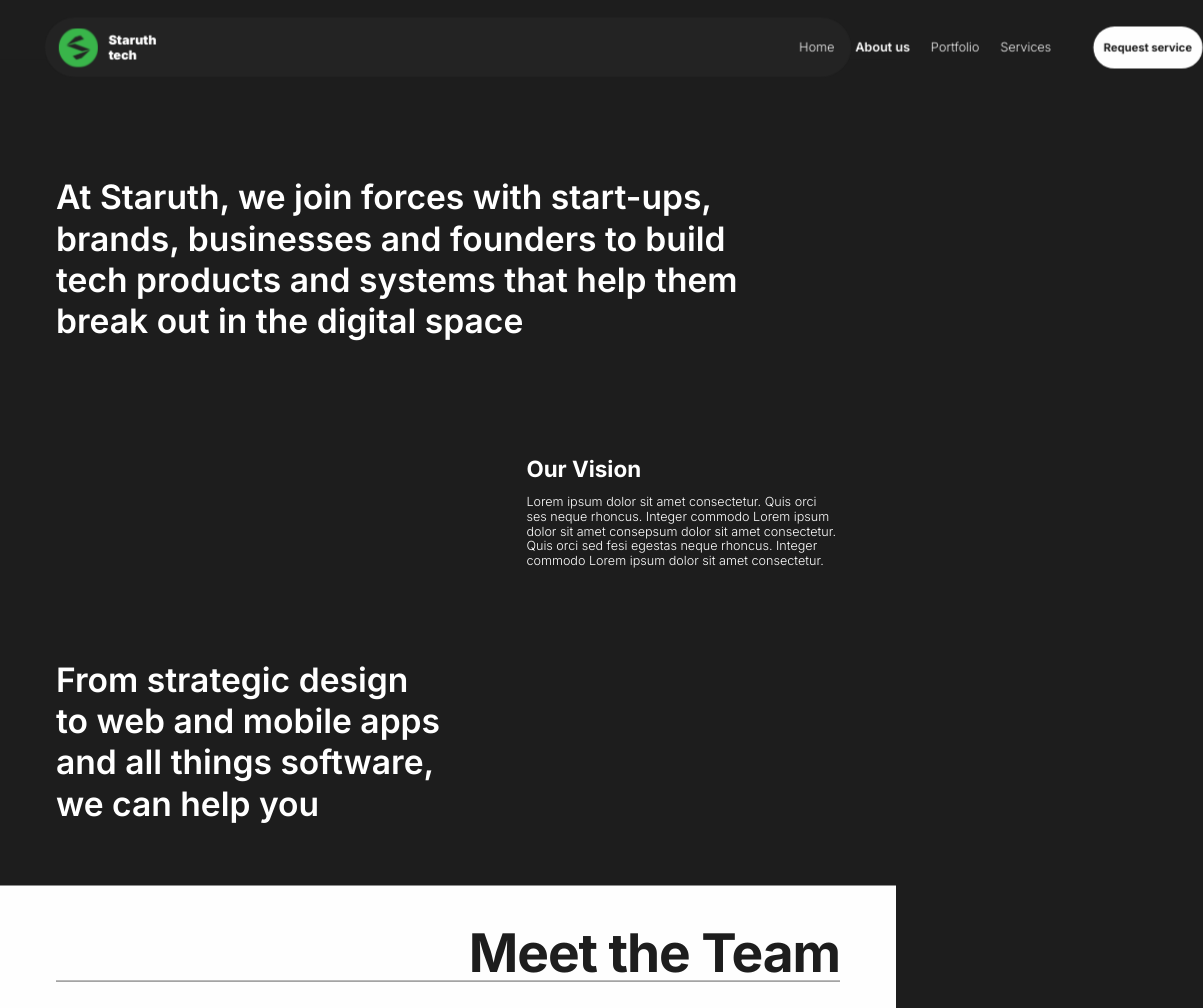
Repository: staruth0/staruth-website
Page: /about (app in frontend/)
The author's editor kept a copy of each file at every save. The page is drawn from the files as they stood at one save, then again after a run of saves.
The browser window is 1280 px wide. The page is 1718 px wide, then 1280 px, so the pictures cover 1718 px, including what lies to the right of the window. The pictures show the part of the page from y = 0 to 1440 px (the page is 4016 px tall before and 6176 px after), at 70% of full size.
The project was rebuilt for these pictures with package versions that can differ from the ones it lists, and the page was loaded fresh each time. Also part of the build but not shown: frontend/vite.config.js, frontend/src/commons/button.css, frontend/src/commons/Button.jsx, frontend/src/pages/home/components/hero_section/hero.jsx, frontend/src/pages/home/components/about_section/about.jsx, frontend/src/pages/home/components/what_we_do/HomeServiceCard.jsx, frontend/src/pages/home/components/what_we_do/what.jsx, frontend/src/pages/home/components/slidable_section/Slide.jsx and 24 more.

Above is the page before, as saved 2024-09-23 22:11:18.

### frontend/src/App.jsx
import {
  createBrowserRouter,
  createRoutesFromElements,
  Route,
  RouterProvider,
} from 'react-router-dom';

//Pages
import HomePage from './pages/home';
import AboutPage from './pages/about';
import ServicesPage from './pages/services';
import ContactPage from './pages/contact_us/contact';
import TeamPage from './pages/teamOnClick';
import PortfolioPage from './pages/portfolio';

//Stylesheet
import './App.css';
import RootLayout from './layout/RootLayout';

function App() {
  const router = createBrowserRouter(
    createRoutesFromElements(
      <>
        <Route path="/" element={<RootLayout />}>
          <Route te index element={<HomePage />} />
          <Route path="about" element={<AboutPage />} />
          <Route path="about/team/:id" element={<TeamPage />} />
          <Route path="contact" element={<ContactPage />} />
          <Route path="portfolio" element={<PortfolioPage />} />
          <Route path="services" element={<ServicesPage />} />
        </Route>
      </>
    )
  );

  return (
    <div className="main-body">
      <RouterProvider router={router} />
    </div>
  );
}

export default App;

### frontend/src/pages/about/index.jsx
import React from 'react';
import AboutHeroComponent from './components/hero_section/hero';
import MeetTeamComponent from './components/meet_team/meet_team';
import AboutSlidableSection from './components/slidable_section/slidable';
import './about.css';

const AboutPage = () => {
  return (
    <div className="about-page">
      <AboutHeroComponent />
      <MeetTeamComponent />
      <AboutSlidableSection />
    </div>
  );
};

export default AboutPage;

### frontend/src/App.css
@import url('https://fonts.googleapis.com/css2?family=Inter:ital,opsz,wght@0,14..32,100..900;1,14..32,100..900&display=swap');

:root {
  --primary-orange: #fbb03b;
  --on-orange: #80530e;
  --orange-light: #f5c477;
  --primary-green: #26ce3d;
  --sf-green: #2c8338;
  --sf-green-light: #24c23a;
  --green-fade: #c3fbcb;
  --primary-white: #fefefe;
  --on-white: #f4f4f4;
  --strokecolor-white: #e7e7e7;
  --on-white-light: #fdfdfd;
  --white-fade: #ececec;
  --primary-black: #1d1d1d;
  --on-black: #232323;
  --strokecolor-black: #3d3d3d;
  --black-fade: #7e7e7e;
  --sf-on-pm-black: #2c2c2c;
  --feedback-red: #f54a4a;

  --font-family: 'Inter', sans-serif;

  --border-radius-16: 16px;
  --border-radius-24: 24px;
  --border-radius-30: 30px;
  --border-radius-32: 32px;
  --border-radius-40: 40px;
}

* {
  scroll-behavior: smooth;
  box-sizing: border-box;
  font-family: var(--font-family);
  transition: 0.3s ease-in-out;
  text-decoration: none;
  list-style: none;
}

body,
html {
  padding: 0;
  margin: 0;
  background-color: var(--primary-black);
}

::-webkit-scrollbar {
  width: 8px;
  background-color: var(--strokecolor-black);
}

::-webkit-scrollbar-thumb {
  background-color: var(--strokecolor-white);
  border-radius: 5px;
}

.container {
  padding: 56px 5%;
  margin: 0 auto;
  max-width: 1440px;
}

.main-body {
  position: relative;
}

button {
  outline: transparent;
  cursor: pointer;
}

ul {
  padding: 0;
}

### frontend/src/layout/RootLayout.jsx
import FooterComponent from './footer/footer';
import NavbarComponent from './navbar/navbar';
import { Outlet } from 'react-router-dom';
import ScrollToTop from './scrollToTop';
import { useState } from 'react';
import Contact from './contact';

const RootLayout = () => {
  const [whiteNavbar, setNavbarWhite] = useState(false);
  return (
    <>
      <ScrollToTop />
      <NavbarComponent whiteNavbar={whiteNavbar} />
      <Outlet />
      <Contact />
      <FooterComponent />
    </>
  );
};

export default RootLayout;

### frontend/src/pages/about/components/hero_section/hero.jsx
import React from "react";
import "./hero.css";

const AboutHeroComponent = () => {
  return (
    <div className="about-hero-section">
      <div className="about-hero-section-contentOne">
        <h1>
          At Staruth, we join forces with start-ups, <br /> brands, businesses
          and founders to build <br /> tech products and systems that help them{" "}
          <br /> break out in the digital space
        </h1>
      </div>
      <div className="about-hero-section-contentTwo">
        <div>
        <h1>Our Vision</h1>
        <p>
          Lorem ipsum dolor sit amet consectetur. Quis orci ses neque rhoncus.
          Integer commodo Lorem ipsum dolor sit amet consepsum dolor sit amet
          consectetur. Quis orci sed fesi egestas neque rhoncus. Integer commodo
          Lorem ipsum dolor sit amet consectetur.
        </p>
        </div>
      </div>
      <div className="about-hero-section-contentThree">
        <h1>
          From strategic design to web and mobile apps and all things software,
          we can help you
        </h1>
      </div>
    </div>
  );
};

export default AboutHeroComponent;

### frontend/src/pages/about/components/meet_team/meet_team.jsx
import React from "react";
import "./meet_team.css";
import ProfileCard from "./profile_card/pf_card";

const MeetTeamComponent = () => {
  return (
    <div className="about-meet-team-section">
      <div className="about-meet-team-section-content">
        <div className="about-meet-team-section-content-heading">
          <h1>Meet the Team</h1>
        </div>
        <div className="about-meet-team-section-content-description">
          <p>
            We are a team of creative and dedicated young people passionate
            about seeing things work in our hands. We each share a devotion to
            helping budding businesses thrive with the application of modern
            soft tech
          </p>
        </div>
        <div className="about-meet-team-section-content-membersInfo">
          <ProfileCard/>

        </div>
      </div>
    </div>
  );
};

export default MeetTeamComponent;

### frontend/src/pages/about/components/slidable_section/slidable.jsx
import React from "react";
import "./slidable.css";


const HomeSlidableSection = () => {
  return(
  <div className="home-slidable-section">

<div className="home-slideable-section-content-heading">
          <h1>Meet the Team</h1>
        </div>

      <ul>
        <li><div className='home-slideable-section-value'>passion for solutions </div></li>
       <li>
        <div className="home-slideable-section-value">minimalist design</div>
       </li>
       <li>
        <div className="home-slideable-section-value">growth oriented</div>
       </li>
       <li>
        <div className="home-slideable-section-value">ruthless excellence</div>
       </li>
       <li>
        <div className="home-slideable-section-value">attention to detail</div>
       </li>
      </ul>

  </div>
);
};

export default HomeSlidableSection;

### frontend/src/layout/contact/index.jsx
import './contact.css'


const Contact = () => {
  return (
    <div   className="container contact-form">
           <h1>Let’s get to work.
           Tell us about your project
           </h1>

           <form action="" className="form">
            <div>
                <label htmlFor="name">Tell Us your Name</label>
                <input type="text" placeholder="Name" />
            </div>

            <div>
                <label htmlFor="email">Your Email</label>
                <input type="text" placeholder="Email" />
            </div>

            <div>
                <label htmlFor="name">Tell Us your Name</label>
                <textarea name="request" id="">How can we help you</textarea>
            </div>
           </form>
    </div>
  );
};

export default Contact;

### frontend/src/pages/home/components/hero_section/hero.css
@import url('https://fonts.googleapis.com/css2?family=Material+Symbols+Outlined:opsz,wght,FILL,GRAD@20..48,100..700,0..1,-50..200');
.material-symbols-outlined {
  font-variation-settings: 'FILL' 0, 'wght' 400, 'GRAD' 0, 'opsz' 24;
}

.home-hero-section {
  display: flex;
  align-items: center;
  justify-content: center;
  background: var(--black-primary-black, #1d1d1d);
}

.home-hero-section-container {
  display: grid;
  grid-template-columns: 1fr 1fr;
  justify-content: center;
  align-self: stretch;
  align-items: center;
  gap: 4rem;
}

.home-hero-section-container-text-n-btns {
  display: flex;
  flex-direction: column;
  align-items: flex-start;
  gap: 3rem;
}

.home-hero-section-container-text-n-btns > h1,
.home-hero-section-container-text-n-btns > p {
  margin: 0;
}

.display-lg {
  color: var(--primary-white);
  font-size: 76px;
  font-style: normal;
  font-weight: 700;
  line-height: 80px; /* 105.263% */
  letter-spacing: -1.52px;
}

.body-lg {
  color: var(--primary-white);
  font-family: var(--font-family);
  font-size: 18px;
  font-style: normal;
  font-weight: 300;
  line-height: normal;
}

.body-lg-heavy {
  color: var(--primary-white);
  font-family: var(--font-family);
  font-size: 18px;
  font-style: normal;
  font-weight: 900;
  line-height: normal;
}

.home-hero-section-container-btn-grp {
  display: flex;
  align-items: center;
  gap: 48px;
}

.underline-link {
  background: none;
  border: none;
  display: flex;
  align-items: center;
  gap: 10px;
}

.abs {
  position: absolute;
}

.home-hero-section-container-clients {
  background: transparent;
  right: 38vw;
  transform: translateY(100px);
}

.home-hero-section-container-rating {
  right: 5vw;
  transform: translateY(-200px);
  background: transparent;
}

.home-hero-section-container-heroimg > img {
  width: 100%;
}

/* media queries */
@media (max-width: 988px) {
  .home-hero-section-container {
    grid-template-columns: 1fr;
  }
}

@media (max-width: 400px) {
  .home-hero-section-container-btn-grp {
    flex-direction: column;
  }
}

### frontend/src/pages/home/components/about_section/about.css
@import url('https://fonts.googleapis.com/css2?family=Material+Symbols+Outlined:opsz,wght,FILL,GRAD@20..48,100..700,0..1,-50..200');
.material-symbols-outlined {
  font-variation-settings: 'FILL' 0, 'wght' 400, 'GRAD' 0, 'opsz' 24;
}
.home-about-section-container * {
  margin: 0;
  padding: 0;
  color: var(--primary-black);
}

.home-about-section-container {
  display: flex;
  gap: 80px;
  flex-direction: column;
  background: var(--primary-white);
}

.home-about-section-container-heading-underline {
  display: flex;
  justify-content: end;
  height: fit-content;
  border-bottom: 2px solid var(--white-fade);
}

.home-about-section-container-heading-underline h1 {
  max-width: 400px;
  text-align: right;
  color: var(--primary-black);
  padding-bottom: 16px;
}

.home-about-section-container-about-box {
  display: grid;
  grid-template-columns: 1.25fr 0.75fr;
  align-items: center;
  justify-content: space-between;
  gap: 3rem;
}

.home-about-section-container-about-box-text {
  display: flex;
  flex-direction: column;
  gap: 24px;
}

.home-about-section-container-about-box-text h3 {
  font-size: 32px;
}

.home-about-section-container-about-box-pattern img {
  max-width: 100%;
}

@media (max-width: 1000px) {
  .home-about-section-container-about-box {
    grid-template-columns: 1.35fr 0.65fr;
    gap: 1rem;
  }
}

@media (max-width: 700px) {
  .home-about-section-container-about-box {
    grid-template-columns: 1fr;
    gap: 1rem;
  }
}

### frontend/src/pages/home/components/slidable_section/slidable.css
.home-slidable-section {
  background: var(--on-black, #232323);
}

.home-slidable-section > h1 {
  color: var(--orange-orange-light, #f5c477);
}

.home-slidable-section-slider {
  display: flex;
  overflow-x: scroll;
  gap: 18px;
}

.home-slidable-section-slides {
  min-width: 300px;
  max-width: 350px;
  flex: 1;

  padding: 18px;
  border-radius: var(--bd-radius-32, 32px);
  height: 540px;
  background-color: var(--sf-on-pm-black);
}

.home-slidable-section-slides > div {
  display: flex;
  align-items: center;
  height: 100%;
  padding: 18px;
  border-radius: 32px;
  background-color: red;
  background-image: url(https://us.123rf.com/450wm/mklrnt/mklrnt2001/mklrnt200113974/138250650-young-handsome-african-businessman-against-gray-background.jpg?ver=6);
  background-size: cover;
  background-repeat: no-repeat;
}

.home-slidable-section-slides p {
  padding: var(--Space-300, 12px) 20px;
  border-radius: var(--bd-radius-32, 32px);

  background: var(--primary-white, #fefefe);
}

### frontend/src/pages/about/components/hero_section/hero.css
.about-hero-section {
  display: flex;
  padding: 135px 80px var(--pg-pb, 88px) 80px;
  flex-direction: column;
  align-items: flex-start;
  gap: 112px;
  align-self: stretch;
  opacity: var(--sds-size-stroke-border);
  background: var(--black-primary-black, #1d1d1d);
  font-family: var(--font-family);
}

.about-hero-section-contentOne {
  display: flex;
  padding: 0px;
  align-items: flex-start;
  /* gap: 10px; */
  align-self: stretch;
}
.about-hero-section-contentOne h1 {
  color: #fff;
  font-size: 48px;
  font-style: normal;
  font-weight: 600;
  line-height: normal;
}
.about-hero-section-contentTwo {
  display: flex;
  flex-direction:column;
  justify-content: flex-end;
  align-items: flex-end;
  gap: 10px;
  width:100%;
  align-self: stretch;
}

.about-hero-section-contentTwo > div {
  display: flex;
  width:40%;
  flex-direction: column;
  align-items: flex-end;
  gap: 0px;
}

.about-hero-section-contentTwo h1 {
  display: flex;
  height: 38px;
  flex-direction: column;
  justify-content: center;
  align-self: stretch;
  color: #fff;
  font-size: 32px;
  font-style: normal;
  font-weight: 700;
  line-height: normal;
  margin: 0;
}
.about-hero-section-contentTwo p {
  align-self: stretch;
  color: var(--white-primary-white, var(--primary-white, #fefefe));
  font-size: 18px;
  font-style: normal;
  font-weight: 300;
  line-height: normal;
}
.about-hero-section-contentThree {
  display: flex;
  /* padding: 30px 80px var(--pg-pb, 88px) 80px; */
  flex-direction: column;
  align-items: flex-start;
  gap: 112px;
  align-self: stretch;
}
.about-hero-section-contentThree h1 {
  width: 50%;
  color: #fff;
  font-size: 48px;
  font-style: normal;
  font-weight: 600;
  line-height: normal;
  margin: 0;
}

### frontend/src/pages/about/components/meet_team/meet_team.css
.about-meet-team-section-content {
  display: flex;
  padding: var(--pg-pt, 56px) 80px var(--pg-pb, 88px) 80px;
  flex-direction: column;
  justify-content: center;
  align-items: flex-start;
  opacity: var(--sds-size-stroke-border);
  background: var(--primary-white, #fefefe);
  gap: 80px;
  margin-bottom: 2px;
}
.about-meet-team-section-content-heading {
  display: flex;
  width: 100%;
  flex-direction: column;
  align-items: flex-end;
  gap: 18px;
  border-bottom:1px solid var(--primary-black);
  opacity: var(--sds-size-stroke-border);
}
.about-meet-team-section-content-heading h1 {
  color: var(--black-primary-black, #1d1d1d);
  text-align: right;
  font-family: Inter;
  font-size: 76px;
  font-style: normal;
  font-weight: 700;
  line-height: 80px;
  letter-spacing: -1.52px;
  margin: 0;
}

.about-meet-team-section-content-description {
  display: flex;
  align-items: center;
  gap: 10px;
  align-self: stretch;

  opacity: var(--sds-size-stroke-border);
}
.about-meet-team-section-content-description p {
  width: 40%;

  color: var(--black-primary-black, #1d1d1d);

  /* body/body lg (desktop)/body lg bold */
  font-family: Inter;
  font-size: 18px;
  font-style: normal;
  font-weight: 600;
  line-height: normal;

  opacity: var(--sds-size-stroke-border);
}
.about-meet-team-section-content-membersInfo {
  display: flex;
  align-items:center;
  justify-content:flex-start;
  flex-wrap:wrap;
  gap: var(--pg-pt, 56px) 16px;
  align-self: stretch;
  flex-wrap: wrap;
  opacity: var(--sds-size-stroke-border);
}

### frontend/src/pages/about/components/meet_team/profile_card/pf_card.jsx
import React from "react";
import { Link } from "react-router-dom";
import linkedin from "../../../../../assets/icons/linkedin.svg";
import github from "../../../../../assets/icons/github.svg";
import aboutMeetTeamSectionImage1 from "../../../../../assets/images/aboutMeetTeamSectionImage1.jpeg";
import "./pf_card.css";
// function Card({ data }) {
//   return (
//     <div className="pf_card">
//       <h2>{data.pf_name}</h2>
//       <p>{data.pf_role}</p>
//       <img src={data.pf_image} alt={data.pf_name} />
//     </div>
//   );
// }
const ProfileCard = () => {
  return (
        <div className="about-meet-team-section-content-membersProfile">
        <Link to={"/about/team"}>
          <img
            src={aboutMeetTeamSectionImage1}
            className="about-meet-team-section-content-membersPhotoOne"
            alt="Nfor Glenn"
          />
        </Link>
        <div className="about-meet-team-section-content-membersProfileBox">
          <div className="about-meet-team-section-content-membersRole">
            <h4>Nfor Glenn</h4>
            <p>Frontend Developer</p>
          </div>
          <div className="about-meet-team-section-content-membersSocials">
            <img src={linkedin} alt="" />
            <img src={github} alt="" />
          </div>
        </div>
      </div>
  );
};
export default ProfileCard;

### frontend/src/pages/about/components/slidable_section/slidable.css
.home-slidable-section *{
    font-family:var(--font-family);
    margin:0;
    padding:0;
}
.home-slidable-section{
    background: var(--on-black);
    display:flex;
    flex-direction: column;
    gap:112px;
    padding:56px 80px;
}
.home-slideable-section-content-heading{
    display: flex;
    width: 100%;
    flex-direction: column;
    align-items: flex-end;
    gap: 18px;
    border-bottom:1px solid var(--sf-green);
    opacity: var(--sds-size-stroke-border);
}
.home-slideable-section-content-heading h1 {
    color: var(--sf-green, #1d1d1d);
    text-align: right;
    font-family: Inter;
    font-size: 76px;
    font-style: normal;
    font-weight: 700;
    line-height: 80px;
    letter-spacing: -1.52px;
    margin: 0;
  }

/* .home-slidable-section h1{
    color:var(--orange-light);
} */
ul{
    display:flex;
    background:transparent;
    /* shall be correctly animated */
    scroll-behavior: smooth;
    overflow-x: scroll;
    scrollbar-width: none;
    width:100vw;

}
.home-slidable-section li{
    /* width:fit-content; */
    transform:scale(0.9);
    width:fit-content;
    height:540px;
    background:var(--sf-on-pm-black);
    text-align:center;
    padding:170px 24px;
}
.home-slidable-section li div{
    width: 60%;
    font-size: 40px;
    text-align:left;
    font-weight:500;
}

### frontend/src/pages/teamOnClick/components/skills/skills.css
.team-on-click-skills-container * {
    font-family: var(--font-family);
}

.team-on-click-skills-container{
    display: flex;
    justify-content: space-between;
    padding: 80px;
    color: white;
    width: 100%;
    gap: 10%;
}


.team-on-click-skills-container div{
    width: 30%;
}


.team-on-click-skills-container-Qualifications ul{
    display: flex;
    flex-direction: column;
    list-style: none;
    gap: 15px;
}

/*font size styles*/
h1{
    font-size: 32px;
    margin-bottom: 50px;
}

span{
 font-size: 18px;
 font-weight: 900;
}

p, li{
    font-size: 18px;
}

### frontend/src/layout/contact/contact.css
.contact-form{
    color: #fff;
    display: flex;
    justify-content: space-between;
    align-items: center;
}


.contact-form h1{
    width: 30%;
    text-align: center;
}

.contact-form .form{
 display: flex;
 flex-direction: column;
 gap: 30px;
 width: 40%;
 padding: 20px;
 border: 1px solid  var( --strokecolor-black);
 border-radius: 20px;
}

.contact-form .form div{
    display: flex;
    flex-direction: column;
    gap: 10px;
}

.contact-form .form div input{
    width: 100%;
    background-color: var(--strokecolor-black);
    padding: 12px;
    outline: none;
    border: transparent;
    border-radius: 20px;
}


.contact-form .form div textarea{
    min-height: 200px;
    border-radius: 10px;
    padding: 20px;
    background-color: var(--strokecolor-black);
    color: inherit;
    border: transparent;
}

### frontend/src/pages/about/components/meet_team/profile_card/pf_card.css
  .about-meet-team-section-content-membersProfile {
    display: flex;
    flex-direction: column;
    align-items: flex-start;
    gap:10px;
    opacity: 0.8;
  }
  .about-meet-team-section-content-membersPhotoOne {
    width: 280px;
    height: 370px;
    border-radius: var(--bd-radius-8, 8px);
    opacity: var(--sds-size-stroke-border);
    object-fit: cover;
    filter:grayscale(100%);
  }
  .about-meet-team-section-content-membersProfileBox {
    display: flex;
    justify-content: space-between;
    align-items: center;
    align-self: stretch;
    opacity: var(--sds-size-stroke-border);

  }
  .about-meet-team-section-content-membersRole {
    display: flex;
    flex-direction: column;
    align-items: flex-start;
    gap: 2px;
    opacity: var(--sds-size-stroke-border);
  }
  .about-meet-team-section-content-membersRole h4 {
    align-self: stretch;
    color: var(--black-primary-black, #1d1d1d);
    /* body/body lg (desktop)/body lg heavy */
    font-family: Inter;
    font-size: 18px;
    font-style: normal;
    font-weight: 900;
    margin:0;
    line-height: normal;

    opacity: var(--sds-size-stroke-border);
  }
  .about-meet-team-section-content-membersRole p {
    align-self: stretch;
    margin:0;
    color: var(--black-primary-black, #1d1d1d);

    /* Others/label */
    font-family: Inter;
    font-size: 12px;
    font-style: normal;
    font-weight: 400;
    line-height: normal;

    opacity: var(--sds-size-stroke-border);
  }
  .about-meet-team-section-content-membersSocials {
    display: flex;
    justify-content: flex-end;
    align-items: center;
    gap: var(--sds-size-space-400);
    opacity: 0.2;
  }

Loaded but not shown: frontend/index.html (common file); frontend/src/main.jsx (common file); frontend/src/layout/scrollToTop.jsx (common file); frontend/src/layout/footer/footer.css (204 lines, source omitted); frontend/src/layout/navbar/navbar.css (188 lines, source omitted); frontend/src/layout/footer/footer.jsx (121 lines, source omitted); frontend/src/pages/home/components/what_we_do/what.css (93 lines, source omitted); frontend/src/layout/navbar/navbar.jsx (91 lines, source omitted); frontend/src/pages/about/about.css (no stored copy; drawn as an empty file); frontend/src/pages/contact_us/contact.css (no stored copy; drawn as an empty file); frontend/src/pages/services/services.css (no stored copy; drawn as an empty file); frontend/src/pages/teamOnClick/team.css (no stored copy; drawn as an empty file)

After the next 2 saves:
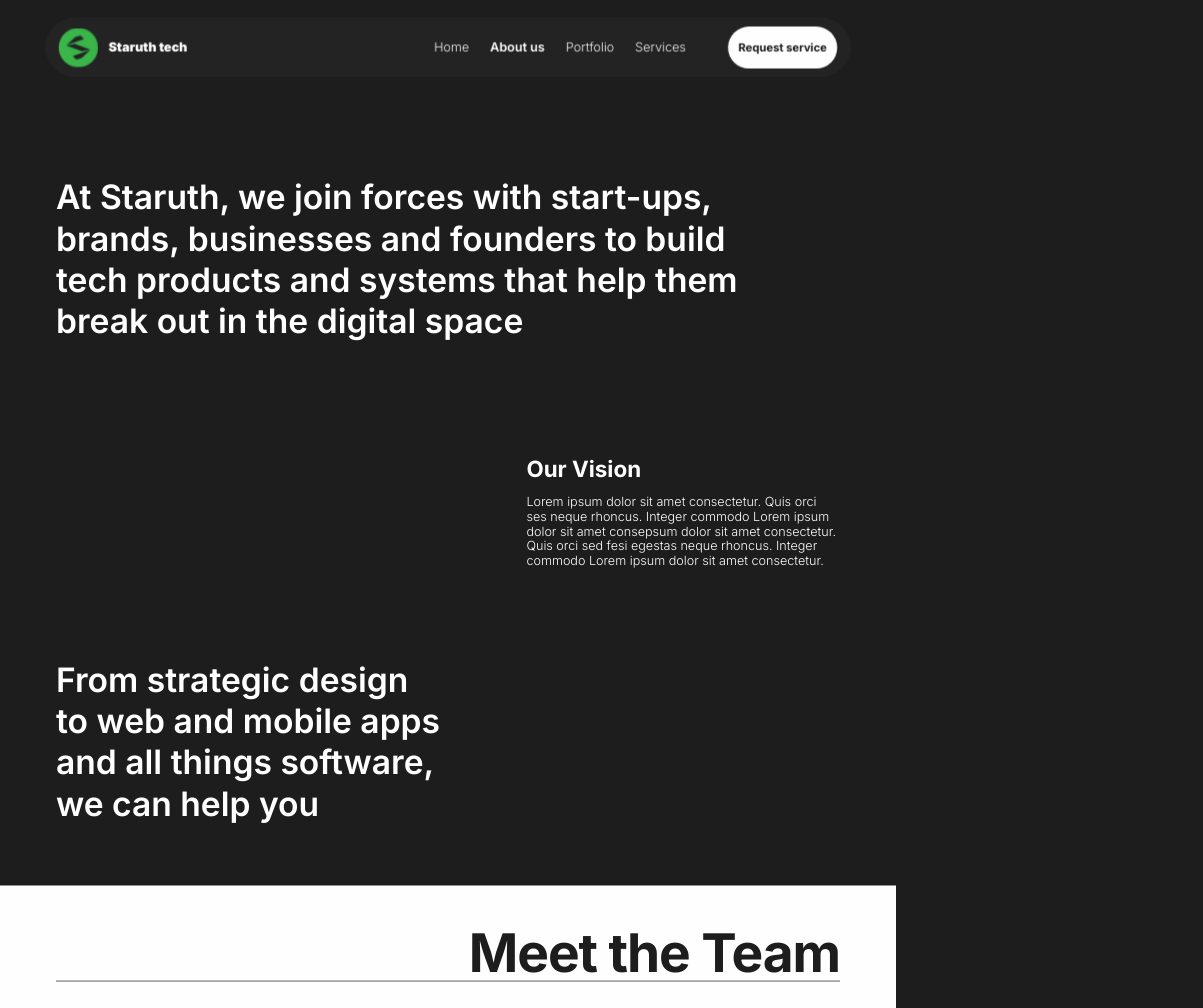
The 2 saves are shown as one change because they came seconds apart.
The last was saved 47 s later.
--- a/frontend/src/pages/about/components/slidable_section/slidable.css
+++ b/frontend/src/pages/about/components/slidable_section/slidable.css
@@ -34,7 +34,7 @@
 /* .home-slidable-section h1{
     color:var(--orange-light);
 } */
-ul{
+.home-slideableul{
     display:flex;
     background:transparent;
     /* shall be correctly animated */
